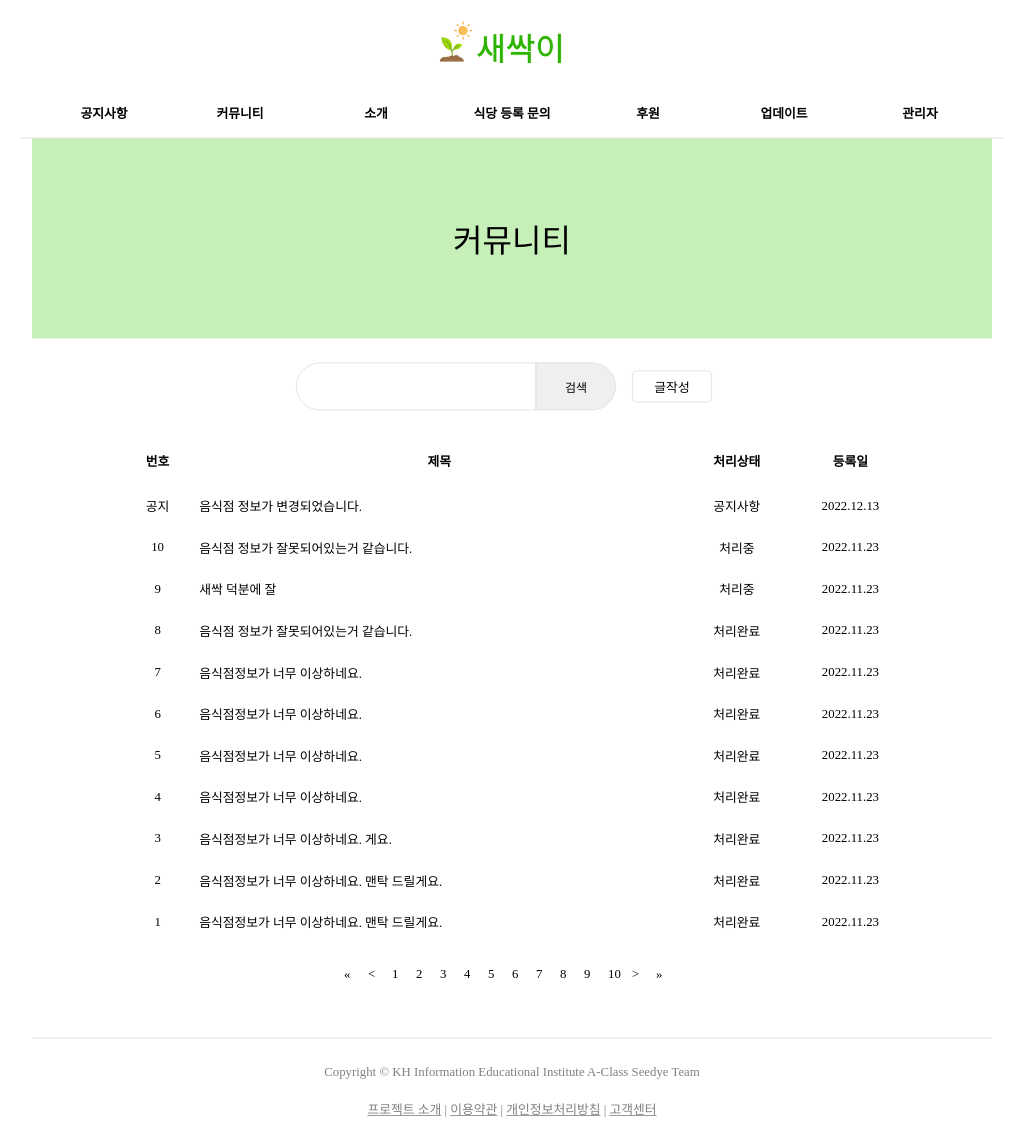
Repository: Seedye/Seedye
Page: team/src/main/webapp/html/board/board-list.html
An editor plug-in stored every save of this project. The page is shown before and after the next save, followed by the edit.
The browser window is 1280 px wide. The pictures show the whole page, at 80% of full size.
Some web fonts or font styles are not loaded; a fallback is used.

Above is the page before, as saved 2022-12-14 16:24:05.

### team/src/main/webapp/html/board/board-list.html
<!DOCTYPE html>
<html lang="en">
<head>
    <meta charset="UTF-8">
    <meta http-equiv="X-UA-Compatible" content="IE=edge">
    <meta name="viewport" content="width=device-width, initial-scale=1.0">
    <title>boardList</title>
    <link rel="stylesheet" href="../../resources/css/header.css">
    <link rel="stylesheet" href="../../resources/css/boardList-style.css">
</head>
<body>
  <header>
        <!-- 헤더 -->
        <section id="header-container">
            <!-- 로고 -->
            <section id="logo-section">
                <a href="#"><img id="logo" src="../../resources/images/새싹이.png"></a>
                <a href="#" id="logo-content">새싹이</a>
            </section>
            <!-- 메뉴창 -->
            <nav id="nav-bar">
                <ul>
                    <li><a href="#"></a>공지사항</li>
                <li><a href="#"></a>커뮤니티</li>
                <li><a href="#"></a>소개</li>
                <li><a href="#"></a>식당 등록 문의</li>
                <li><a href="#"></a>후원</li>
                <li><a href="#"></a>업데이트</li>
                <li><a href="#"></a>관리자</li>
            </ul>
        </nav>
    </section>
    </header>
    <main>
      <!-- board 영역 -->
      <section class="board-body-area">
        <div class="board-title">커뮤니티</div>

        <!-- 검색 -->
        <div class="board-list-serch-write-area">
          <!-- 검색어 입력 input -->
          <div class="board-list-serch">
            <input type="text" >
          </div>
          <!-- 검색 버튼 -->
          <button>검색</button>
          <!-- 글작성 버튼 -->
          <div class="board-write-btn">글작성</div>
        </div>

        <!-- 게시글 리스트 영역 -->
        <div class="board-list-area">
          <!-- 게시글 나타나는 테이블 -->
          <table class="board-list-table">
            <thead class="board-list-thead">
              <th>번호</th>
              <th>제목</th>
              <th>처리상태</th>
              <th>등록일</th>
            </thead>
            <tbody>

              <!-- 공지 -->
              <tr>
                <td>공지</td>
                <td>음식점 정보가 변경되었습니다.</td>
                <td>공지사항</td>
                <td>2022.12.13</td>
      <!-- colspan="2" -->
              </tr>

              <!-- 게시물 -->
              <tr>
                <td>10</td>
                <td>음식점 정보가 잘못되어있는거 같습니다.</td>
                <td>처리중</td>
                <td>2022.11.23</td>
              </tr>

              <tr>
                <td>9</td>
                <td>새싹 덕분에 잘 </td>
                <td>처리중</td>
                <td>2022.11.23</td>
              </tr>

              <tr>
                <td>8</td>
                <td>음식점 정보가 잘못되어있는거 같습니다.</td>
                <td>처리완료</td>
                <td>2022.11.23</td>
              </tr>

              <tr>
                <td>7</td>
                <td>음식점정보가 너무 이상하네요. </td>
                <td>처리완료</td>
                <td>2022.11.23</td>
              </tr>
              <tr>
                <td>6</td>
                <td>음식점정보가 너무 이상하네요.  </td>
                <td>처리완료</td>
                <td>2022.11.23</td>
              </tr>
              <tr>
                <td>5</td>
                <td>음식점정보가 너무 이상하네요.  </td>
                <td>처리완료</td>
                <td>2022.11.23</td>
              </tr>
              <tr>
                <td>4</td>
                <td>음식점정보가 너무 이상하네요. </td>
                <td>처리완료</td>
                <td>2022.11.23</td>
              </tr>
              <tr>
                <td>3</td>
                <td>음식점정보가 너무 이상하네요. 게요. </td>
                <td>처리완료</td>
                <td>2022.11.23</td>
              </tr>
              <tr>
                <td>2</td>
                <td>음식점정보가 너무 이상하네요. 맨탁 드릴게요. </td>
                <td>처리완료</td>
                <td>2022.11.23</td>
              </tr>
              <tr>
                <td>1</td>
                <td>음식점정보가 너무 이상하네요. 맨탁 드릴게요. </td>
                <td>처리완료</td>
                <td>2022.11.23</td>
              </tr>
            </tbody>


          </table>

            <ul class="board-list-page-area">
              <li>&laquo;</li>
              <li>&lt;</li>
              <li>1</li>
              <li>2</li>
              <li>3</li>
              <li>4</li>
              <li>5</li>
              <li>6</li>
              <li>7</li>
              <li>8</li>
              <li>9</li>
              <li>10</li>
              <li>&gt;</li>
              <li>&raquo;</li>
            </ul>
            <!-- <div class="board-list-page-num"></div>
            <div class="board-list-page-num"></div> -->
          </div>

      </section>
    </main>

    <footer>
        <p>
            Copyright &copy; KH Information Educational Institute A-Class Seedye Team
        </p>
        <article>
            <a href="#">프로젝트 소개</a>
            <span>|</span>
            <a href="#">이용약관</a>
            <span>|</span>
            <a href="#">개인정보처리방침</a>
            <span>|</span>
            <a href="#">고객센터</a>
        </article>
    </footer>

</body>
</html>

### team/src/main/webapp/resources/css/header.css

@font-face {
    font-family: 'yg-jalnan';
    src: url('https://cdn.jsdelivr.net/gh/projectnoonnu/noonfonts_four@1.2/JalnanOTF00.woff') format('woff');
    font-weight: normal;
    font-style: normal;
}


@font-face {
    font-family: 'NIXGONM-Vb';
    src: url('https://cdn.jsdelivr.net/gh/projectnoonnu/noonfonts_six@1.2/NIXGONM-Vb.woff') format('woff');
    font-weight: normal;
    font-style: normal;
}

*{
    box-sizing: border-box;
    margin: 0;
    padding: 0;
}

body{
    display: flex;
    justify-content: center;
    align-items: center;
    flex-direction: column;
}


#logo-section{
    width: 1200px;
    display: flex;
    justify-content: center;
    align-items: center;
    margin-top: 20px;
}

#logo{
    width: 50px;
    height: 50px;
}

#logo-content{
    color: #2db400;
    -webkit-text-stroke: 1px white;
    text-decoration: none;
    font-weight: bold;
    font-family: yg-jalnan;
    font-size: 40px;
    padding-top: 10px;
}

#nav-bar{
    display: flex;
    justify-content: center;
    margin: 20px 0px  0px  0px;
}

#nav-bar > ul {
    width: 100%;
    display: flex;
    justify-content: space-between;
    font-weight: bold;
    border-bottom: 1px solid #ddd;
    padding: 0px 20px;
}

#nav-bar > ul > li{
    font-family: NIXGONM-Vb;
    float: left;
    display: flex;
    justify-content: center;
    padding: 20px 35px;
    border-radius: 6px;
    cursor: pointer;
    width: 170px;
    height: auto;
}

#nav-bar > ul > li:hover{
    background-color: rgba(45, 180, 0, 0.6);
    color: white;
    transition-duration: 0.3s;
}

footer {
    width: 1200px;
    height: 134px;
    color: gray;
    font-size: var(--small-font-size);
    padding: 20px 0;

    display: flex;
    flex-direction: column;
    justify-content: space-around;
    align-items: center;

    /* position: absolute; */
    bottom: 0;

    border-top: 1px solid #ddd;
  }

  footer a {
    color: gray;
  }

### team/src/main/webapp/resources/css/boardList-style.css
*{
  font-family: "NIXGONM-Vb";
}

.board-title{
  /* margin-top: 0; */
  width: 1200px;
  height: 250px;
  background-color: #c6f0b8;
  display: flex;
  justify-content: center;
  align-items: center;
  font-size: 40px;
}
/* 검색 영역 스타일 */
.board-list-serch-write-area{
  display: flex;
  align-items: center;
  justify-content: center;
  margin-top: 20px;
  margin-bottom: 20px;

}
.board-list-serch{
  width: 300px;
  height: 60px;
  border-radius: 30px 0 0 30px;
  border: 1px solid #ddd;

  display: flex;
    justify-content: end;
    align-items: center;
}
.board-list-serch > input{
  width: 260px;
  height: 50px;
  border: 0px;
  font-size: 20px;
}
.board-list-serch > input:focus{
  outline: none;

}
.board-list-serch-write-area > button{
  height: 60px;
  width: 100px;
  border-radius: 0 30px 30px 0;
  border: 1px solid #ddd;
  font-size: 15px;
  cursor: pointer;
}

.board-write-btn{
  margin: 20px;
  width: 100px;
  height: 40px;
  display: flex;
  align-items: center;
  border-radius: 6px;
  justify-content: center;
  border: 1px solid #ddd;
  cursor: pointer;
  /* background-color: rgb(215, 235, 215); */
}
.board-write-btn:hover{
  transition-duration: 0.2s;
  background-color: #d8f0d0;
  border:none;
}
/* 테이블 스타일 */
.board-list-table{
  text-align: center;

  margin: auto;
  /* width: 90vw; */
}
/* .board-list-area{
  height: 500px;
} */
.board-list-thead{
  height: 60px;
  /* background-color: red; */
  border-top: 2px solid red;
}
.board-list-thead > tr{
  border: 2px solid red;
}
/* 게시글 번호 부분 */
.board-list-table > tbody > tr > td:first-child {
  width: 100px;
  height: 50px;
  cursor: pointer;
  /* background-color: blueviolet; */

  /* text-align: center; */
}
/* 게시물 제목 부분 */
.board-list-table > tbody > tr > td:nth-child(2){
  /* display: block; */
  width: 600px;
  height: 50px;
  text-align: left;
  cursor: pointer;

}
/* 게시글 처리상태/등록일 부분 */
.board-list-table > tbody > tr > td:nth-child(3),
.board-list-table > tbody > tr > td:nth-child(4){
  /* width: 140px; */
  min-width: 140px;
  height: 50px;
  cursor: pointer;
  /* background-color: red; */
}

/* {
  width: 140px;
  height: 50px;

} */

.board-list-table > tbody> tr{

  height: 50px;
}
.board-list-table > tbody> tr:hover{
  background-color: #d8f0d0;

}
/* .board-list-table > tbody > tr > td:hover{
  background-color: #d8f0d0;
} */

/* 페이지 넘기기 스타일 */
.board-list-page-area{
  display: flex;
  justify-content: center;
  margin-top: 30px;
  margin-bottom: 70px;
}

.board-list-page-area>li{
  display: flex;
  width: 30px;
  list-style:none;
  cursor: pointer;
  /* padding-left: 0px; */
}

After the next save:
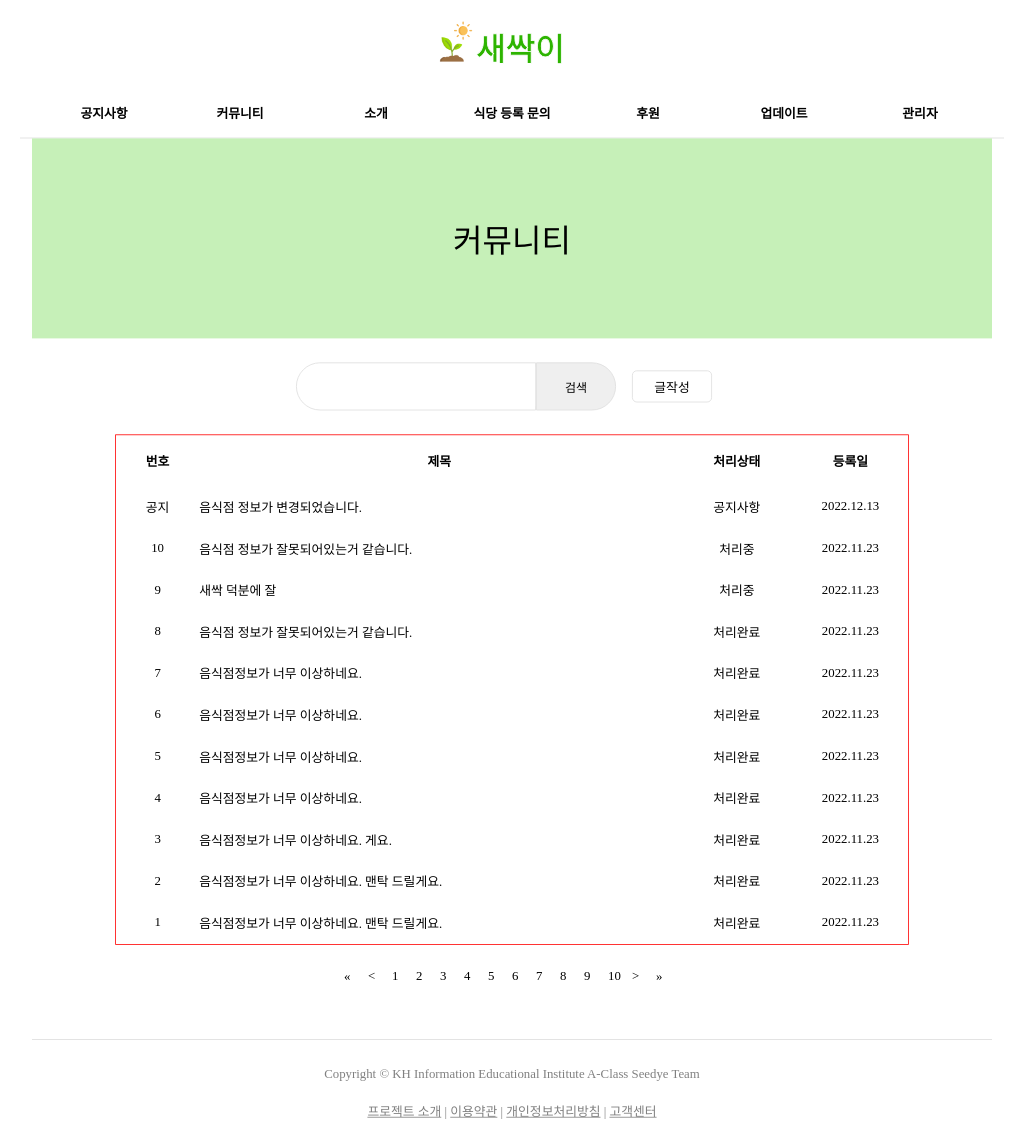
Saved 95 s later.
--- a/team/src/main/webapp/resources/css/boardList-style.css
+++ b/team/src/main/webapp/resources/css/boardList-style.css
@@ -73,6 +73,7 @@
 
   margin: auto;
   /* width: 90vw; */
+  border: 1px solid red;
 }
 /* .board-list-area{
   height: 500px;
